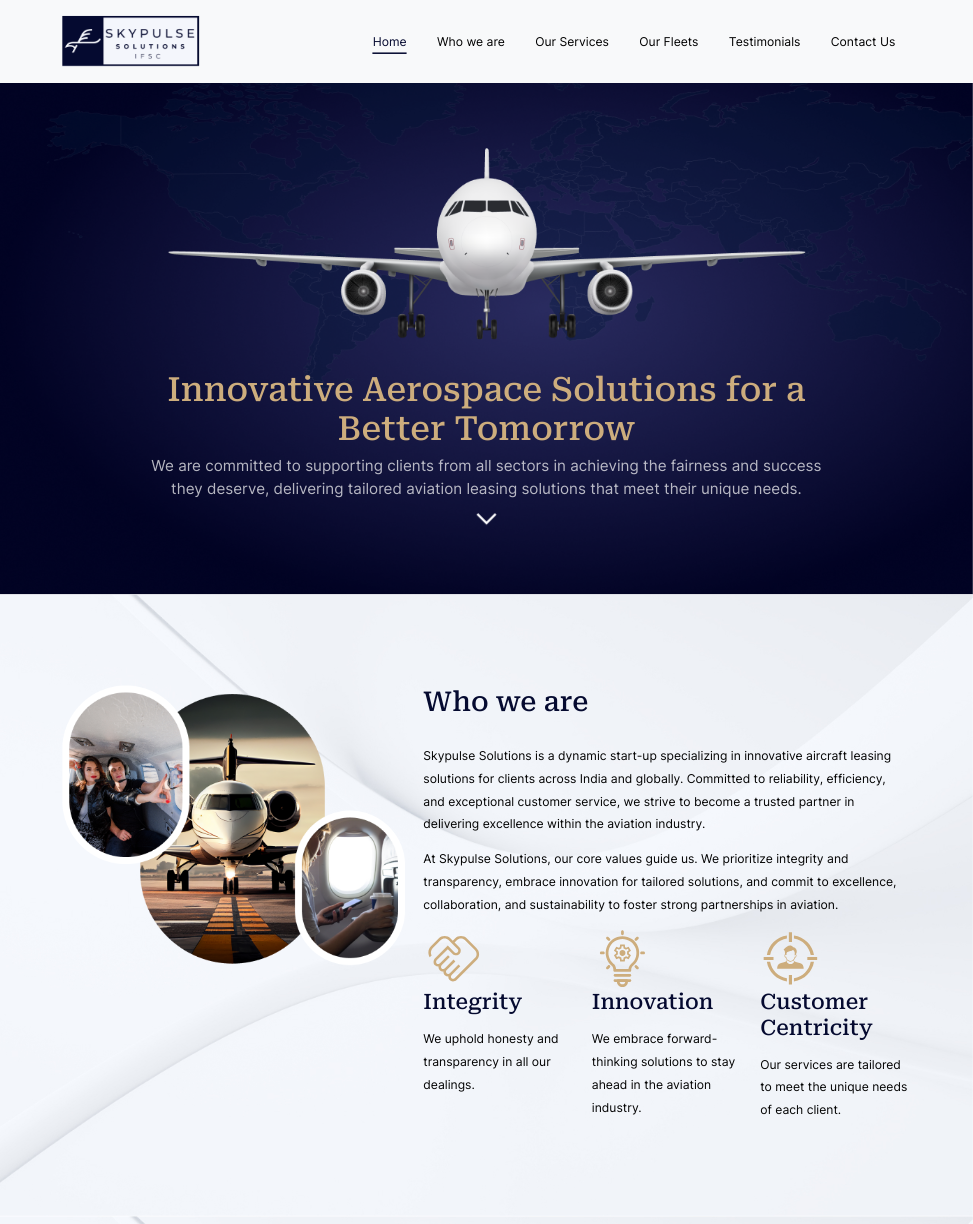
Repository: mangalravi/SkyPulse
Page: index.html
The author's editor kept a copy of each file at every save. The page is drawn from the files as they stood at one save, then again after a run of saves.
The browser window is 1280 px wide. The pictures show the whole page, at 76% of full size.

Above is the page before, as saved 2024-12-30 10:32:15.

After the next 2 saves:
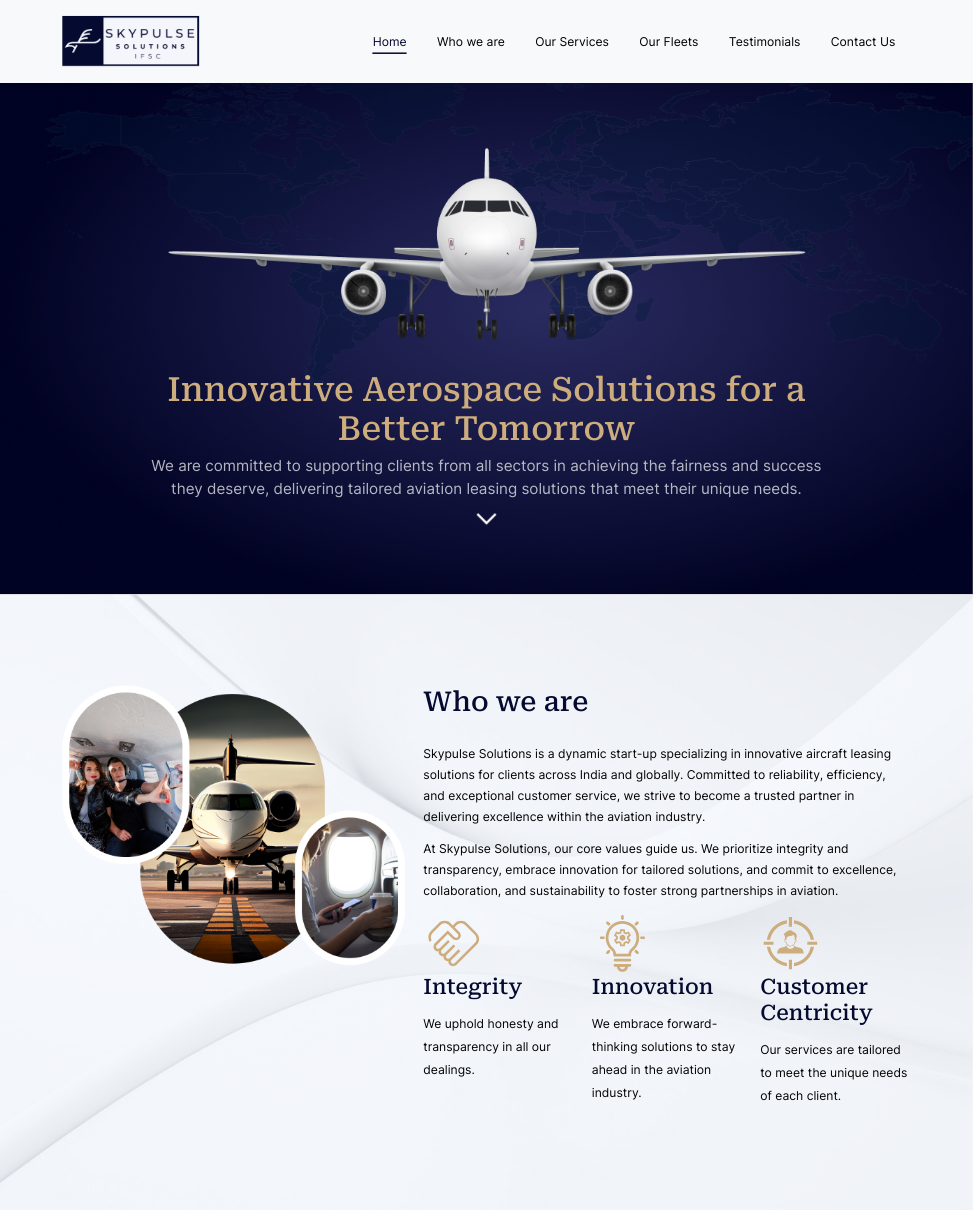
The 2 saves are shown as one change because they came seconds apart.
The last was saved 7 s later.
--- a/content/css/custom.css
+++ b/content/css/custom.css
@@ -100,5 +100,5 @@ opacity: 0.7;
 }
 .sec-para{
   color:#030303;
-  line-height:
+  line-height: 27.2px;
 }
